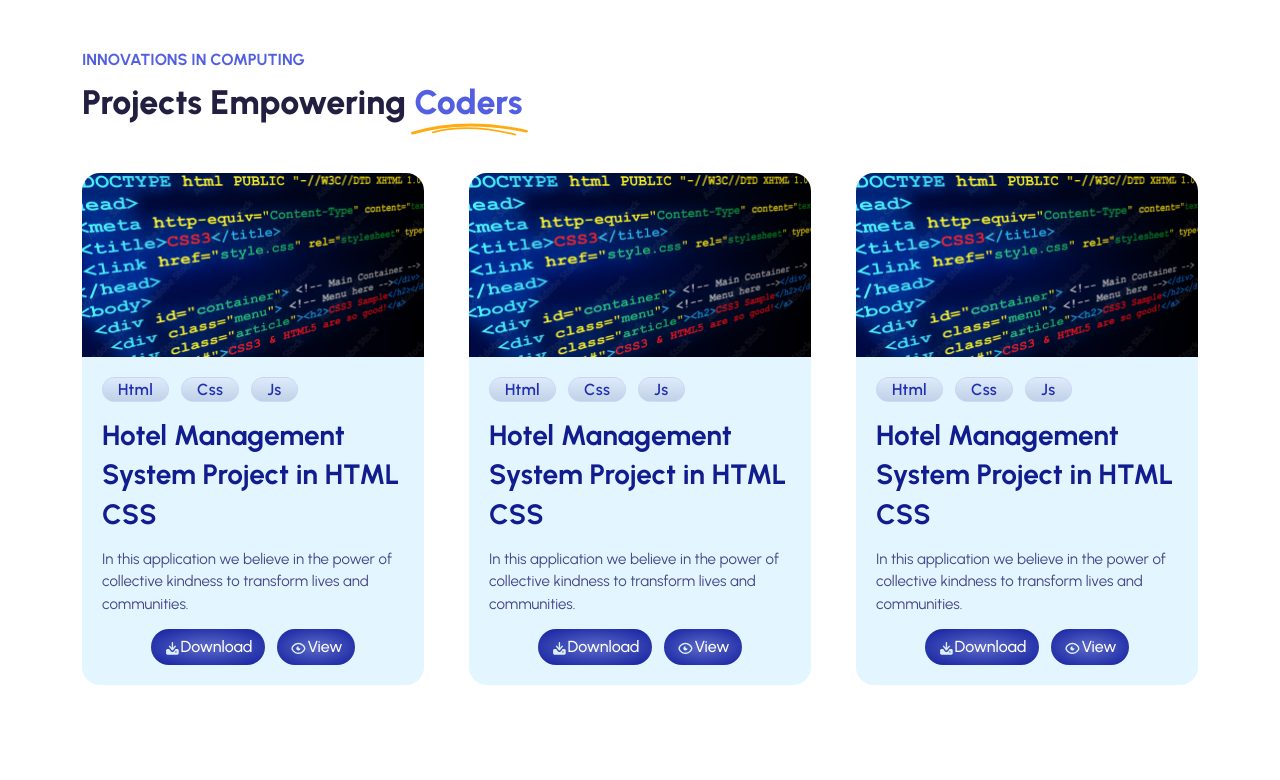
Repository: sharma171/jtccreativeideas
Page: /newsection (app in nextjssite/)
These files come from the project's save history. The page is drawn as it stood at one moment and after the next save; the edit follows.
The browser window is 1280 px wide. The pictures show the whole page.
The project was rebuilt for these pictures with package versions that can differ from the ones it lists, and the page was loaded fresh each time. The framework's server and built-in components were replaced by stand-ins that run in the browser. Also part of the build but not shown: nextjssite/next.config.mjs.

Above is the page before, as saved 2024-03-28 14:43:39.

After the next save:
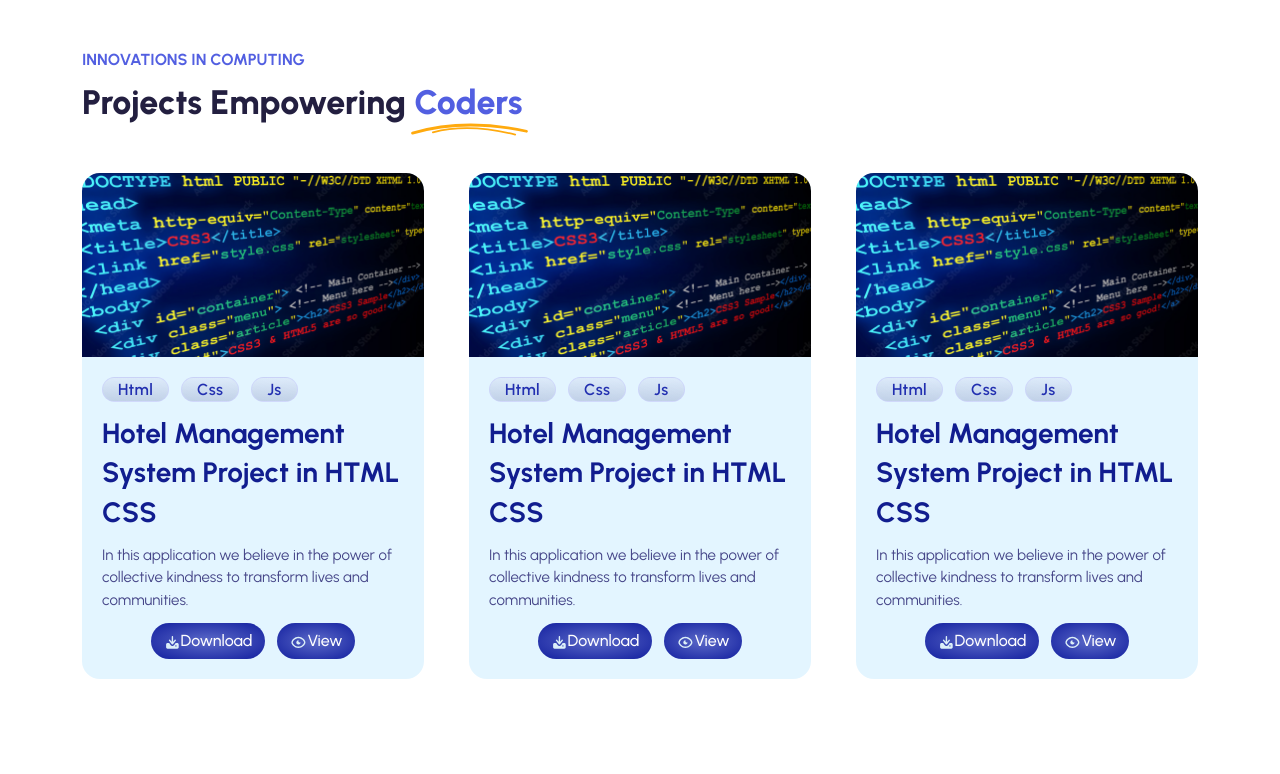
Saved 2 min 5 s later.
--- a/nextjssite/src/app/newsection/page.css
+++ b/nextjssite/src/app/newsection/page.css
@@ -62,7 +62,7 @@ section.projects {
     padding: 20px 20px;
     display: flex;
     flex-direction: column;
-    gap: 14px;
+    gap: 12px;
 }
 
 .project-cards li .card-inner .info .tech-info {
